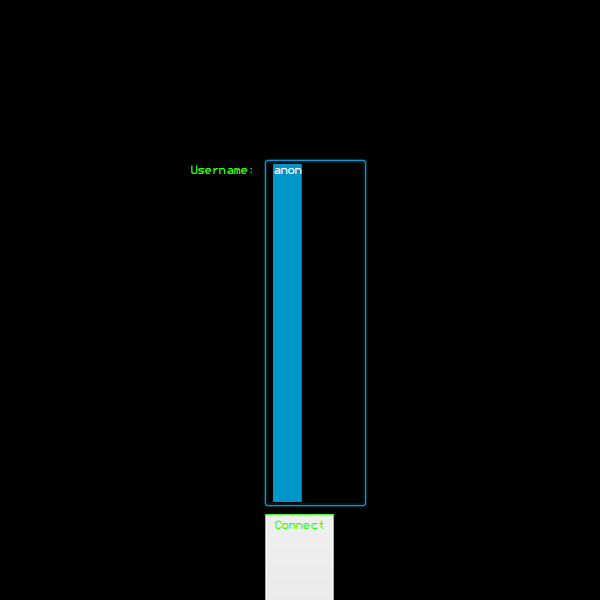
Repository: silic4-ivey/River
Program's window: java RiverClient/src/Main.java
The author's editor kept a copy of each file at every save. The program's window is drawn from the files as they stood at one save, then again after the next save.
It runs on Java 21 on a 1366 x 768 screen with JavaFX 11; the title bar is not drawn. It also reads RiverClient/resources/fonts/Modeseven-L3n5.ttf.

Above is the program's window before, as saved 2021-08-16 18:53:19.

### RiverClient/src/Main.java
import javafx.application.Application;
import javafx.event.ActionEvent;
import javafx.event.EventHandler;
import javafx.scene.Scene;
import javafx.scene.control.Button;
import javafx.scene.layout.StackPane;
import javafx.stage.Stage;
public class Main extends Application{

	private MainUI mainUI;

	public static void main(String args[]) {
		launch (args);
	}

	@Override
	public void start(Stage primaryStage) throws Exception{

		mainUI = new MainUI(primaryStage);

	}
}

### RiverClient/src/MainUI.java
import javafx.geometry.Pos;
import java.io.FileInputStream;
import java.io.FileNotFoundException;
import java.io.File;
import javafx.scene.Scene;
import javafx.scene.control.Button;
import javafx.scene.layout.StackPane;
import javafx.scene.layout.VBox;
import javafx.scene.paint.Color;
import javafx.stage.Stage;
import javafx.scene.control.TextField;
import java.util.Random;
import javafx.scene.layout.GridPane;
import javafx.scene.control.Label;
import javafx.scene.text.Font;
import javafx.scene.text.Text;
import javafx.scene.control.ScrollPane;

public class MainUI {

	private RiverClient rc;
	private String userName = "anon";
	private int size = 600;
	private Stage window;
	private Text textBox = new Text();
	private final String modeSeven = "Modeseven-L3n5.ttf";
	private final String fontPath = "./resources/fonts/";

	public MainUI(Stage primaryStage) throws Exception{
		window = primaryStage;

		Label userLbl = new Label("Username:");
		TextField text = new TextField("anon");


		Button connectButton = new Button("Connect");
		connectButton.setOnAction(e ->startConnection(text.getText()));   ///////////////////////////////

		//VBox layout1 = new VBox();
		//layout1.getChildren().addAll(userLbl,text,connectButton);

		try {
			Font terminalFont = Font.loadFont(new FileInputStream(new File(fontPath + modeSeven)),12);

			text.setFont(terminalFont);
			userLbl.setFont(terminalFont);
			connectButton.setFont(terminalFont);


		}catch(FileNotFoundException e) {
			e.printStackTrace();
		}
		text.setStyle("-fx-border-color: #39ff14");

		text.setStyle("-fx-text-inner-color: #39ff14");
		text.setStyle("-fx-control-inner-background: black");
		userLbl.setTextFill(Color.web("#39ff14"));
		connectButton.setTextFill(Color.web("#39ff14"));
		connectButton.setStyle("-fx-background-color: black");
		connectButton.setStyle("-fx-border-color: #39ff14");


		GridPane layout1 = new GridPane();

		layout1.setVgap(8);
		layout1.setHgap(10);

		/*layout1.add(userLbl, size/2 -1, size/2);
		layout1.add(text, size/2, size/2);
		layout1.add(connectButton, size/2, size/2 -1);*/

		GridPane.setConstraints(userLbl, 19, 20);
		GridPane.setConstraints(text, 20, 20);
		GridPane.setConstraints(connectButton, 20, 21);

		layout1.getChildren().addAll(userLbl,text,connectButton);

		layout1.setGridLinesVisible(false);
		layout1.setStyle("-fx-background-color: #000000");

		Scene scene1 = new Scene(layout1, size, size, Color.BLACK);
		//scene1.setFill(Color.BLACK);

		window.setScene(scene1);
		window.setTitle("The River");
		window.show();

		/*RiverClient cs = RiverClient.getInstance();
		cs.writeTo();
		cs.closeAccess();*/
	}

	public void startConnection(String userName) {
		initializeClient();  ///////////////////////////////////////////////////
		setUser(userName);
		switchStage();
	}

	public void initializeClient() {
		rc = RiverClient.getInstance();
	}

	public void setUser(String userName) {
		this.userName = userName;
	}

	public void switchStage() {

		ServerReader sr = new ServerReader(rc, this);

		Label userLbl = new Label(userName + ": ");
		TextField text = new TextField("Type Here");

		Button sendButton = new Button("Send");
		sendButton.setOnAction(e -> rc.writeTo(text.getText(), userName));   /////////////////////////////// create a logoff button

		Button logoffButton = new Button("Logoff");
		logoffButton.setOnAction(e -> rc.closeAccess());   /////////////////////////////// create a logoff button

		//Text textBox = new Text();


		GridPane layout1 = new GridPane();

		layout1.setVgap(8);
		layout1.setHgap(10);

		GridPane.setConstraints(userLbl, 19, 2);
		GridPane.setConstraints(text, 20, 2);
		GridPane.setConstraints(sendButton, 21, 2);
		GridPane.setConstraints(logoffButton, 22, 2);
		GridPane.setConstraints(textBox,20,0);


		layout1.getChildren().addAll(userLbl,text,sendButton, textBox, logoffButton);

		ScrollPane scrollPane = new ScrollPane();
		scrollPane.setPrefSize(1, 1);
		scrollPane.setContent(textBox);
		scrollPane.setVbarPolicy(ScrollPane.ScrollBarPolicy.ALWAYS);
		scrollPane.setHbarPolicy(ScrollPane.ScrollBarPolicy.ALWAYS);

		layout1.setGridLinesVisible(false); ////////// delete after
		Scene scene2 = new Scene(layout1, size, size);
		scene2.setFill(Color.BLACK);



		sr.start();  /////////////////////////////////

		window.setScene(scene2);
		window.setTitle("The River");
		window.show();

	}


	public void updateText(String s) {

		textBox.setText(textBox.getText() + "\n" + s);


	}



}

After the next save:
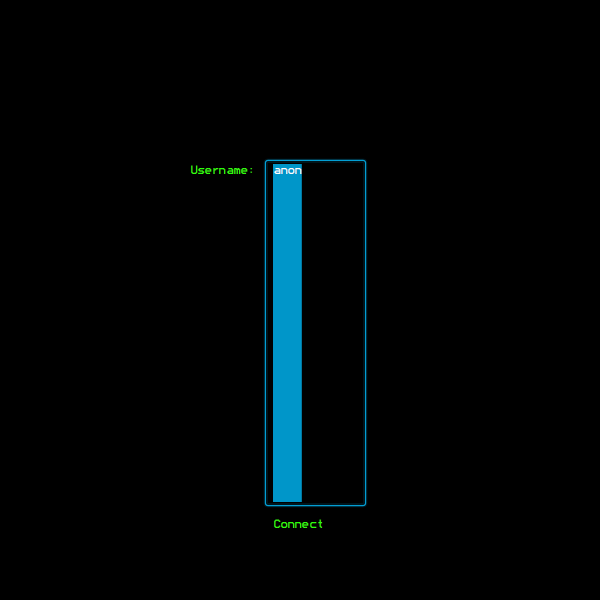
Saved 12 s later.
--- a/RiverClient/src/MainUI.java
+++ b/RiverClient/src/MainUI.java
@@ -54,10 +54,13 @@
 
 		text.setStyle("-fx-text-inner-color: #39ff14");
 		text.setStyle("-fx-control-inner-background: black");
+
 		userLbl.setTextFill(Color.web("#39ff14"));
+
+		connectButton.setStyle("-fx-border-color: #39ff14");
+
 		connectButton.setTextFill(Color.web("#39ff14"));
 		connectButton.setStyle("-fx-background-color: black");
-		connectButton.setStyle("-fx-border-color: #39ff14");
 
 
 		GridPane layout1 = new GridPane();
